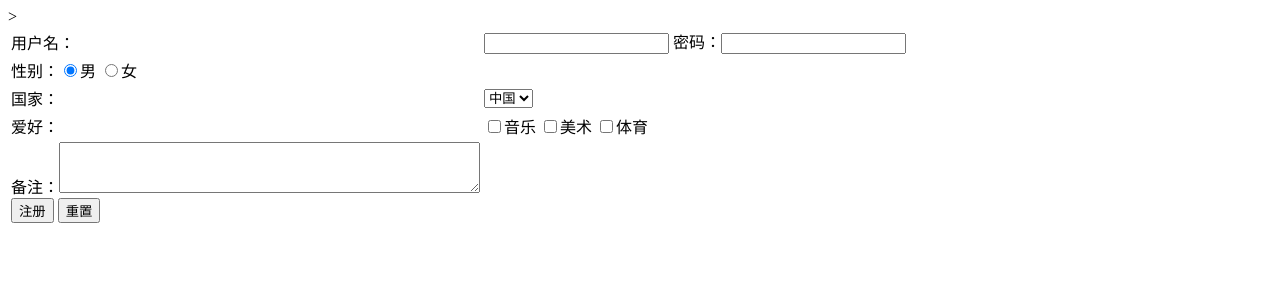
Repository: Lansefanggezi/JavaWeb
Page: HelloServlet/WebContent/Register.html
An editor plug-in stored every save of this project. The page is shown before and after the next save, followed by the edit.
The browser window is 1280 px wide. The pictures show the whole page.

Above is the page before, as saved 2018-03-29 08:41:06.

### HelloServlet/WebContent/Register.html
<!DOCTYPE html>
<html>
<head>
<meta charset="UTF-8">
<title>Register</title>
</head>
<body>
	<form action="RegisterServlet" method="post" name="action1">
	<table style="">
	<tr>
		<td >
			用户名：
			</td>
		<td><input type="text" name="userName" >

			密码：<input type="password" name="password">
		</td>
	</tr>
	<tr>
		<td>
			性别：<input type="radio" name="sex" value="男" checked>男
		<input type="radio" name="sex" value="女">女
		</td>
		<tr>
		<td>
		国家：</td><td><select name="country">
				<option value="zhongguo">中国</option>
				<option value="riben">日本</option>
				<option value="chaoxian">朝鲜</option>
			</select>
		</td>>
		</tr>
		<tr><td>爱好：</td>
		<td> <input type="checkbox" name="likes" value="音乐">音乐
				<input type="checkbox" name="likes" value="美术">美术
				<input type="checkbox" name="likes" value="体育">体育
			</td>
			</tr>
			<tr>
			<td>
		备注：<textarea rows="3" cols="50" name="remark" ></textarea>
		<br>
		<input type="submit" value="注册" >
		<input type="reset" value="重置">
		</table>
	</form>
</body>
</html>

After the next save:
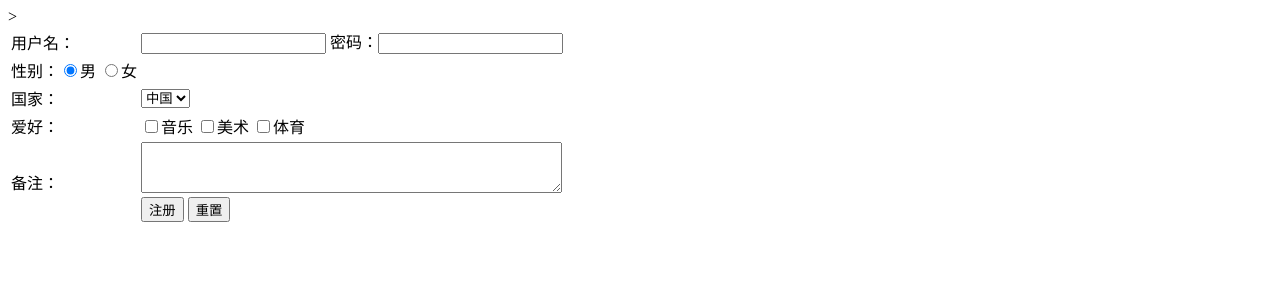
Saved 8 s later.
--- a/HelloServlet/WebContent/Register.html
+++ b/HelloServlet/WebContent/Register.html
@@ -38,7 +38,8 @@
 			</tr>
 			<tr>
 			<td>
-		备注：<textarea rows="3" cols="50" name="remark" ></textarea>
+		备注：</td>
+		<td><textarea rows="3" cols="50" name="remark" ></textarea>
 		<br>
 		<input type="submit" value="注册" >
 		<input type="reset" value="重置">
